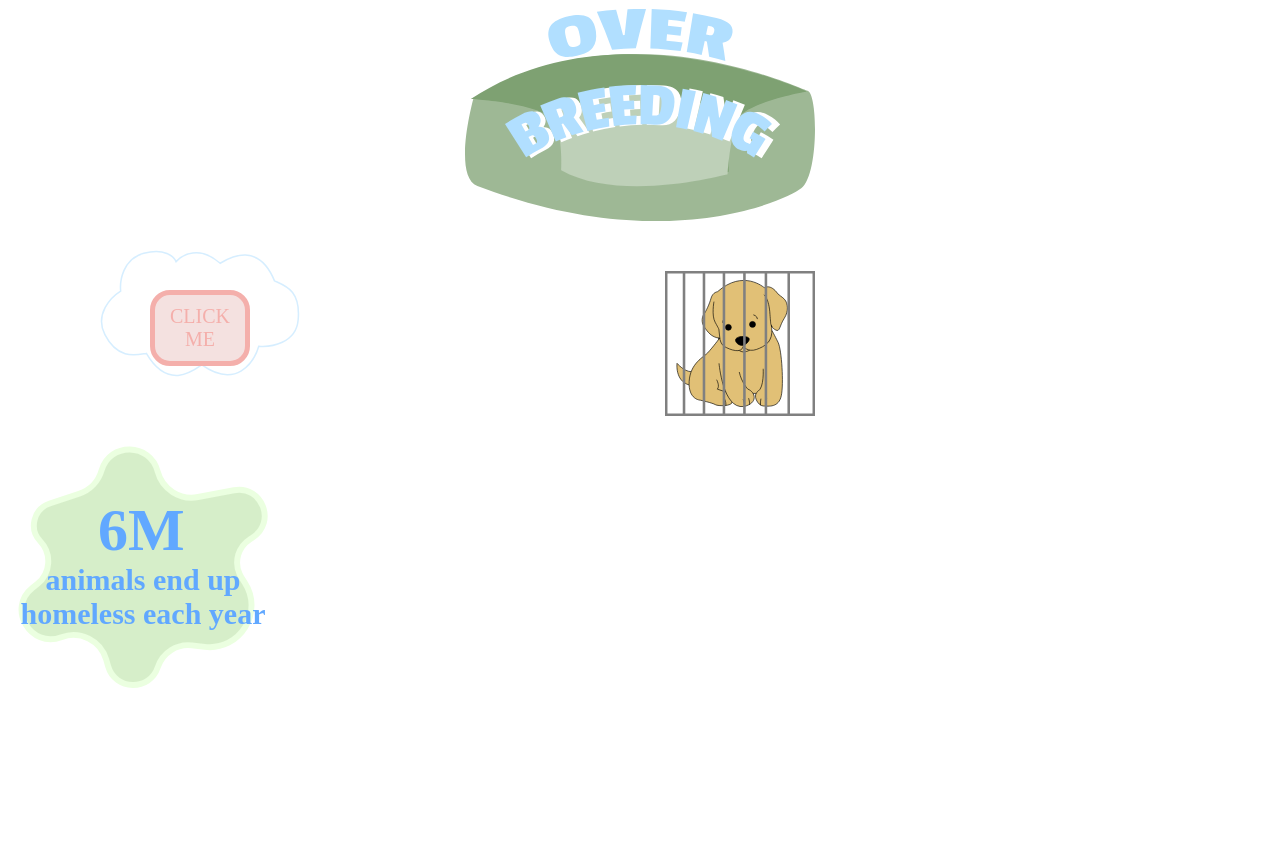
Repository: SoleilDagneau/MDIA2109Midterm
Page: index.html
These files come from the project's save history. The page is drawn as it stood at one moment and after the next save; the edit follows.
The browser window is 1280 px wide. The page is 1282 px wide, so the pictures cover 1282 px, including what lies to the right of the window. The pictures show the whole page.
Some web fonts or font styles are not loaded; a fallback is used.

Above is the page before, as saved 2022-03-02 21:27:09.
Console error: TypeError: Cannot set properties of null (setting 'innerText')

### index.html
<!DOCTYPE html>
<html lang="en">
<head>
    <meta charset="UTF-8">
    <meta http-equiv="X-UA-Compatible" content="IE=edge">
    <meta name="viewport" content="width=device-width, initial-scale=1.0">
    <title>Animal Cruelty</title>

    <link href="styles.css" rel="stylesheet">

    <link rel="preconnect" href="https://fonts.googleapis.com">
    <link rel="preconnect" href="https://fonts.gstatic.com" crossorigin>
    <link href="https://fonts.googleapis.com/css2?family=Passion+One:wght@400;700&display=swap" rel="stylesheet">

    <script src="utils/speechbubble.js"></script>
    <script src="utils/clickbubble.js"></script>
    <script src="utils/squarecard.js"></script>
    <script src="utils/blobcard.js"></script>

</head>
<body>

<div class="overbreeding">

    <div class="conttitle">

        <img class="obtitle" src="imgs/overbreeding.svg" alt="overbreeding title">
    </div>
    <div class="contcage">
        <img class="cage" src="imgs/dogincage.svg" alt="dog in cage img">
        <the-clickbubble class="dogtext" desc_text="CLICK ME"></the-clickbubble>
    </div>
    <div class="contblob">
        <the-blobcard class="blob" blob_text="6M"
         blob_subtext="animals end up homeless each year">
        </the-blobcard>
    </div>
   <the-ball></the-ball>













</div>

</body>
</html>

### styles.css

.obtitle{
    width:350px;
    display: flex;
    position:relative;
    margin: auto;
}
.cage{
    width:150px;
    display: flex;
    position: relative;
    left: 100px;
    top: 50px;
    margin: auto;

}
.dogtext{
    display: flex;
    position:absolute;
    top:250px;
    left:100px;
    margin: auto;
}
.blob{
    display: flex;
    position:relative;
    left:10px;
    top:80px;
}
.ballpic{
    width:50px;
    display: flex;
    position: relative;
    left:20rem;
    top:-15rem;
    animation: bounce2 2s ease infinite;
}
@keyframes bounce2 {
	0%, 20%, 50%, 80%, 100% {transform: translateY(0);}
	40% {transform: translateY(-30px);}
	60% {transform: translateY(-15px);}
}

### utils/speechbubble.js
//MUST HAVE - CREATE A TEMPLATE TAG
var template_speechbub = document.createElement("template"); //<template> </template> RULE

//To-do - CREATE THE UI HERE!
template_speechbub.innerHTML = `

<style>
    #next_button {
        background-color:#61A8FF;
        border:3px solid #AFDDFF;
        border-radius: 10px;
        font-family: 'passion one', cursive;
        color: white;
        font-size:20px;
        margin:65px;
        display:flex;
        position:absolute;
        top:45px;
        left: 30px;

    }
    #speech_bubble{
        width:250px;
        display:flex;
        position:relative;

    }

</style>
<div id="cloud">
    <img id="speech_bubble" src="imgs/cloud.svg" alt=""/>
        <button id="next_button">
            next...
         </button>
</div>

`;

//MUST HAVE - CREATE A CLASS WITH HTMLELEMENT POWERS (interfaces/functionalities)
class TheSpeechBubble extends HTMLElement {

    //MUST HAVE - CREATE A CONSTRUCTOR TO DO INITAL ASSOCIATIONS
    constructor(){
        super(); //pass on the HTMLElement super powers!
        this.attachShadow({mode:"open"}) //Attach it to the shadowRoot

        //To-do - CREATE THE STATES FOR THE UI HERE!
    }

    //MUST HAVE - FUNCTION THAT RUNS AFTER IT'S CONNECTED
    connectedCallback(){
        this.shadowRoot.appendChild(template_speechbub.content.cloneNode(true));
        this.shadowRoot.querySelector("#next_button").innerText = this.getAttribute("button_text"); //use the template to make a clone
    }

    //To-do - CREATE THE FUNCTIONALITIES HERE!
}

//MUST HAVE - define the tag for the custom elements
customElements.define("the-speechbubble", TheSpeechBubble)

### utils/clickbubble.js
//MUST HAVE - CREATE A TEMPLATE TAG
var template_clickbubble = document.createElement("template"); //<template> </template> RULE

//To-do - CREATE THE UI HERE!
template_clickbubble.innerHTML = `

<style>
    #desc_text {
        font-family:'passion one', cursive;
        color: #F4AFAB;
        font-size:20px;
        padding: 10px;
        background-color:#F4E1E0;
        border: 5px solid #F4AFAB;
        border-radius: 20px;
        position: absolute;
        display:flex;
        justify-content:center;
        top:-10px;

        margin:50px;
    }
    img{
        width: 200px;
    }
    #click_bubble{
        display:flex;
    }
</style>
<div id="click_bubble">
    <img src="imgs/cloud.svg" alt="cloud svg"/>
        <button id="desc_text">
            CLICK ME
        </button>
</div>

`;

//MUST HAVE - CREATE A CLASS WITH HTMLELEMENT POWERS (interfaces/functionalities)
class TheClickBubble extends HTMLElement {

    //MUST HAVE - CREATE A CONSTRUCTOR TO DO INITAL ASSOCIATIONS
    constructor(){
        super(); //pass on the HTMLElement super powers!
        this.attachShadow({mode:"open"}) //Attach it to the shadowRoot

        //To-do - CREATE THE STATES FOR THE UI HERE!
    }

    //MUST HAVE - FUNCTION THAT RUNS AFTER IT'S CONNECTED
    connectedCallback(){
        this.shadowRoot.appendChild(template_clickbubble.content.cloneNode(true));
        this.shadowRoot.querySelector("#desc_text").innerText = this.getAttribute("desc_text"); //use the template to make a clone
    }

    //To-do - CREATE THE FUNCTIONALITIES HERE!
}

//MUST HAVE - define the tag for the custom elements
customElements.define("the-clickbubble", TheClickBubble)

### utils/squarecard.js
//MUST HAVE - CREATE A TEMPLATE TAG
var template_scard = document.createElement("template"); //<template> </template> RULE

//To-do - CREATE THE UI HERE!
template_scard.innerHTML = `

<style>
    #info_card {
        background-color:#EBB2AD;
        width: 175px;
        height:175px;
        border: 15px solid #F4E1E0;
        border-radius: 50px;
        margin: 2rem;
    }
    #info_text {
        display:flex;
        justify-content:center;
        font-size:18px;
        font-family: 'nunito', sans-serif;
        color: white;
        padding: 10px;

    }
</style>
<div id="info_card">
    <p id="info_text">info text</p>
</div>
`;

//MUST HAVE - CREATE A CLASS WITH HTMLELEMENT POWERS (interfaces/functionalities)
class TheSquareCard extends HTMLElement {

    //MUST HAVE - CREATE A CONSTRUCTOR TO DO INITAL ASSOCIATIONS
    constructor(){
        super(); //pass on the HTMLElement super powers!
        this.attachShadow({mode:"open"}) //Attach it to the shadowRoot

        //To-do - CREATE THE STATES FOR THE UI HERE!
    }

    //MUST HAVE - FUNCTION THAT RUNS AFTER IT'S CONNECTED
    connectedCallback(){
        this.shadowRoot.appendChild(template_scard.content.cloneNode(true));
        this.shadowRoot.querySelector("#info_text").innerText = this.getAttribute("info_text"); //use the template to make a clone
    }

    //To-do - CREATE THE FUNCTIONALITIES HERE!
}

//MUST HAVE - define the tag for the custom elements
customElements.define("the-squarecard", TheSquareCard)

### utils/blobcard.js
//MUST HAVE - CREATE A TEMPLATE TAG
var template_bcard = document.createElement("template"); //<template> </template> RULE

//To-do - CREATE THE UI HERE!
template_bcard.innerHTML = `

<style>
    #blob_text {
        font-family:'passion one', cursive;
        font-size:60px;
        color:#61A8FF;
        position:absolute;
        text-align:center;
        top:10px;
        left:80px;
    }
    .blob_subtext{
        font-size:30px;
        color:#61A8FF;
        font-family:'passion one', cursive;
        display:block;
        position:relative;
        text-align:center;
        top:-160px;
    }
    #the_blobcard{
        width:250px;
    }
</style>
<div class="container">
    <div id="the_blobcard">
        <img id="" src="imgs/blob.svg" alt=""/>
            <h1 id="blob_text">
                blob text
            </h1>
            <h3 class="blob_subtext">
                animals end up homeless each year
            </h3>
    </div>
</div>
`;

//MUST HAVE - CREATE A CLASS WITH HTMLELEMENT POWERS (interfaces/functionalities)
class TheBlobCard extends HTMLElement {

    //MUST HAVE - CREATE A CONSTRUCTOR TO DO INITAL ASSOCIATIONS
    constructor(){
        super(); //pass on the HTMLElement super powers!
        this.attachShadow({mode:"open"}) //Attach it to the shadowRoot

        //To-do - CREATE THE STATES FOR THE UI HERE!
    }

    //MUST HAVE - FUNCTION THAT RUNS AFTER IT'S CONNECTED
    connectedCallback(){
        this.shadowRoot.appendChild(template_bcard.content.cloneNode(true));
        this.shadowRoot.querySelector("#blob_text").innerText = this.getAttribute("blob_text");
        this.shadowRoot.querySelector("#blob_subtext").innerText = this.getAttribute("blob_subtext");
         //use the template to make a clone
    }

    //To-do - CREATE THE FUNCTIONALITIES HERE!
}

//MUST HAVE - define the tag for the custom elements
customElements.define("the-blobcard", TheBlobCard)

### utils/ball.js
//MUST HAVE - CREATE A TEMPLATE TAG
var template_ball = document.createElement("template"); //<template> </template> RULE

//To-do - CREATE THE UI HERE!
template_ball.innerHTML = `
<style>
.ballpic{
    width:50px;
    display: flex;
    position: relative;
    left:20rem;
    top:-15rem;
    animation: bounce2 2s ease infinite;
}
@keyframes bounce2 {
	0%, 20%, 50%, 80%, 100% {transform: translateY(0);}
	40% {transform: translateY(-30px);}
	60% {transform: translateY(-15px);}
}
</style>

<div class="ball">
       <img class="ballpic" src="imgs/ball.svg" alt="ball img">
</div>
`;

//MUST HAVE - CREATE A CLASS WITH HTMLELEMENT POWERS (interfaces/functionalities)
class TheBall extends HTMLElement {

    //MUST HAVE - CREATE A CONSTRUCTOR TO DO INITAL ASSOCIATIONS
    constructor(){
        super(); //pass on the HTMLElement super powers!
        this.attachShadow({mode:"open"}) //Attach it to the shadowRoot

        //To-do - CREATE THE STATES FOR THE UI HERE!
    }

    //MUST HAVE - FUNCTION THAT RUNS AFTER IT'S CONNECTED
    connectedCallback(){
        this.shadowRoot.appendChild(template_ball.content.cloneNode(true)); //use the template to make a clone
    }

    //To-do - CREATE THE FUNCTIONALITIES HERE!
}

//MUST HAVE - define the tag for the custom elements
customElements.define("the-ball", TheBall)

After the next save:
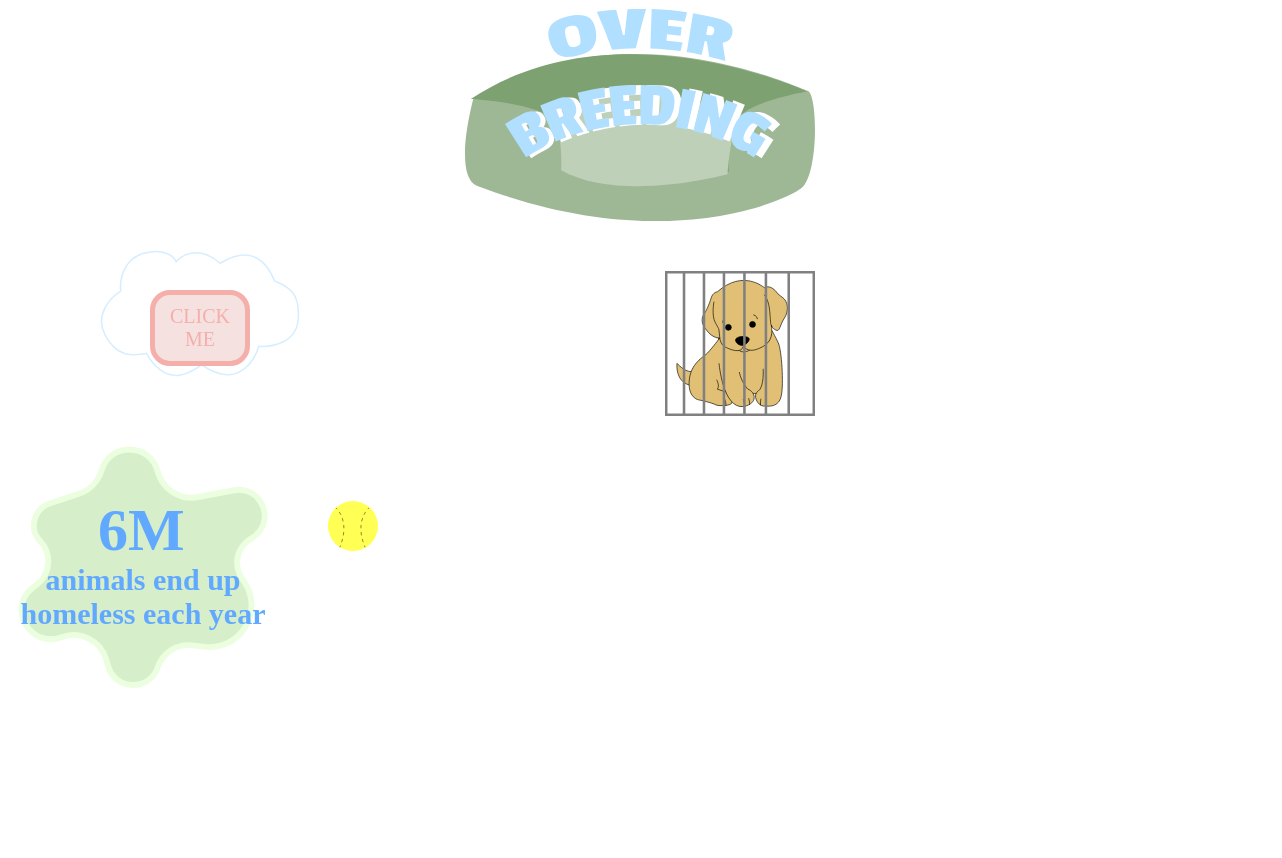
Saved 24 s later.
--- a/index.html
+++ b/index.html
@@ -16,6 +16,7 @@
     <script src="utils/clickbubble.js"></script>
     <script src="utils/squarecard.js"></script>
     <script src="utils/blobcard.js"></script>
+    <script src="utils/ball.js"></script>
 
 </head>
 <body>
